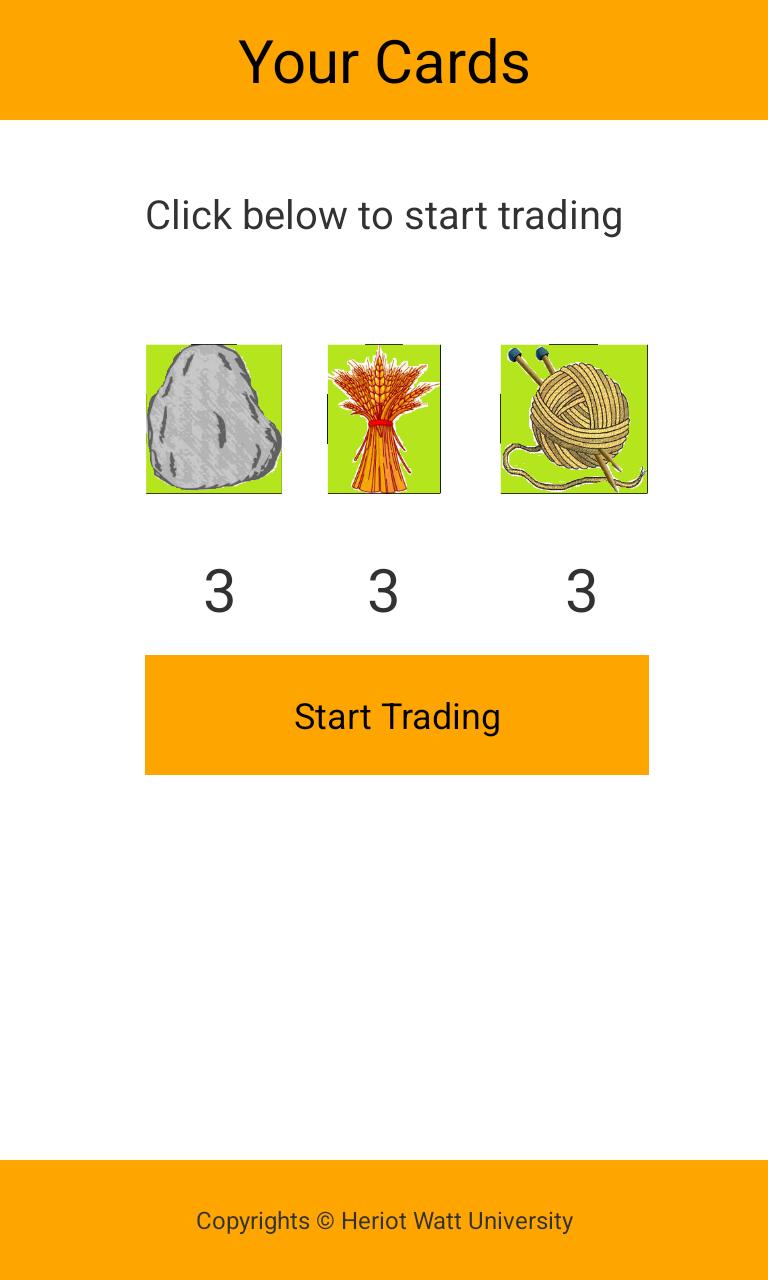
Repository: nidafarooqui/Trading-Game-Version-3
Layout: TaikunServer/res/layout/activity_propose_screen.xml
The author's editor kept a copy of each file at every save. The layout is drawn from the files as they stood at one save, then again after the next save.
It is drawn on a 768 x 1280 px phone screen (xhdpi) without system bars, with theme AppTheme; the app's code is not run.

Above is the layout before, as saved 2014-08-17 00:24:45.

After the next save:
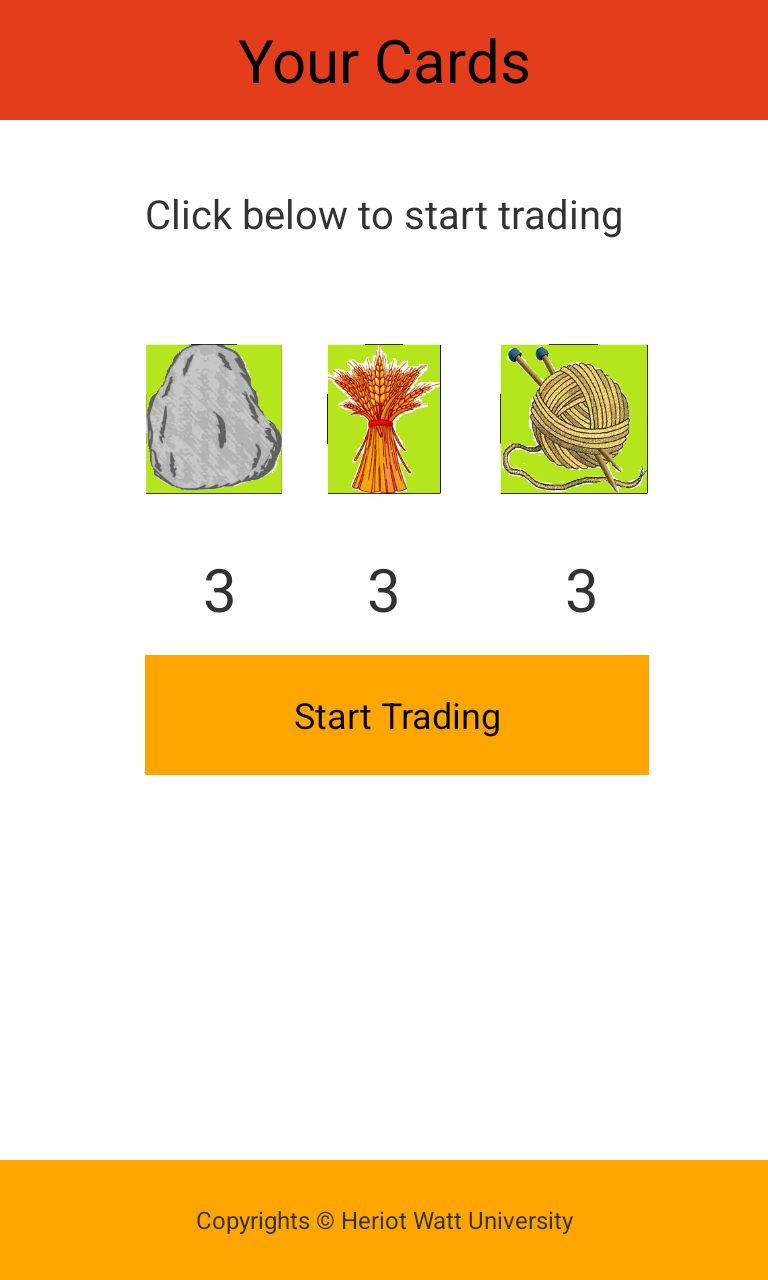
Saved 3 min 0 s later.
--- a/TaikunServer/res/layout/activity_propose_screen.xml
+++ b/TaikunServer/res/layout/activity_propose_screen.xml
@@ -84,7 +84,7 @@
         android:layout_centerHorizontal="true"
         android:layout_centerInParent="false"
         android:layout_centerVertical="false"
-        android:background="@color/orange"
+        android:background="@color/orrange"
         android:gravity="center_horizontal|center_vertical"
         android:text="Your Cards"
         android:textAppearance="?android:attr/textAppearanceLarge"
